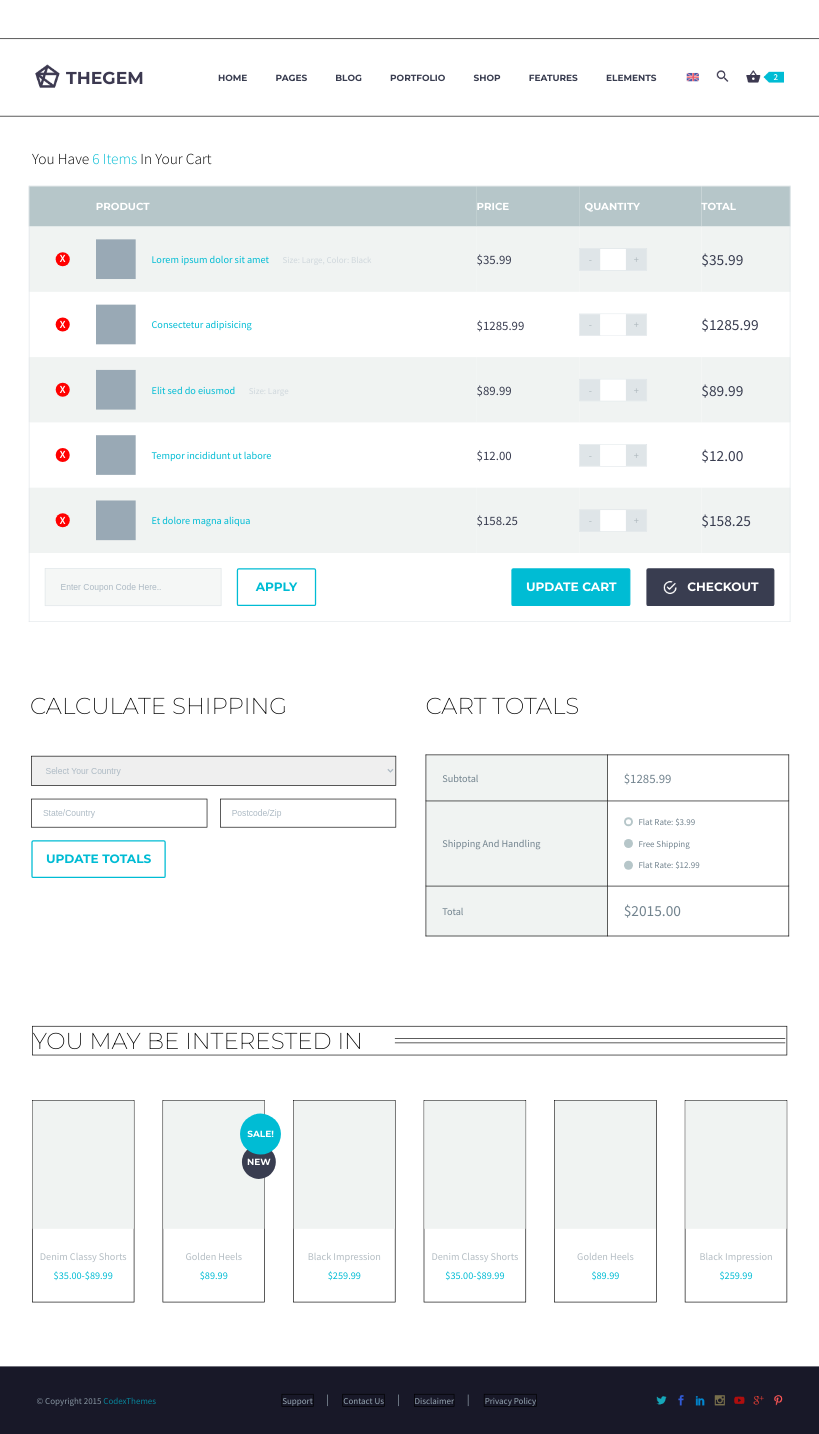
Repository: flylessbird/shop_cart
Page: html/page.html
An editor plug-in stored every save of this project. The page is shown before and after the next save, followed by the edit.
The browser window is 1280 px wide. The pictures show the whole page, at 64% of full size.
The style sheet was rebuilt from its Sass, Less or Tailwind sources for each picture, by a compiler version that may differ from the author's.

Above is the page before, as saved 2022-05-11 10:46:30.

After the next save:
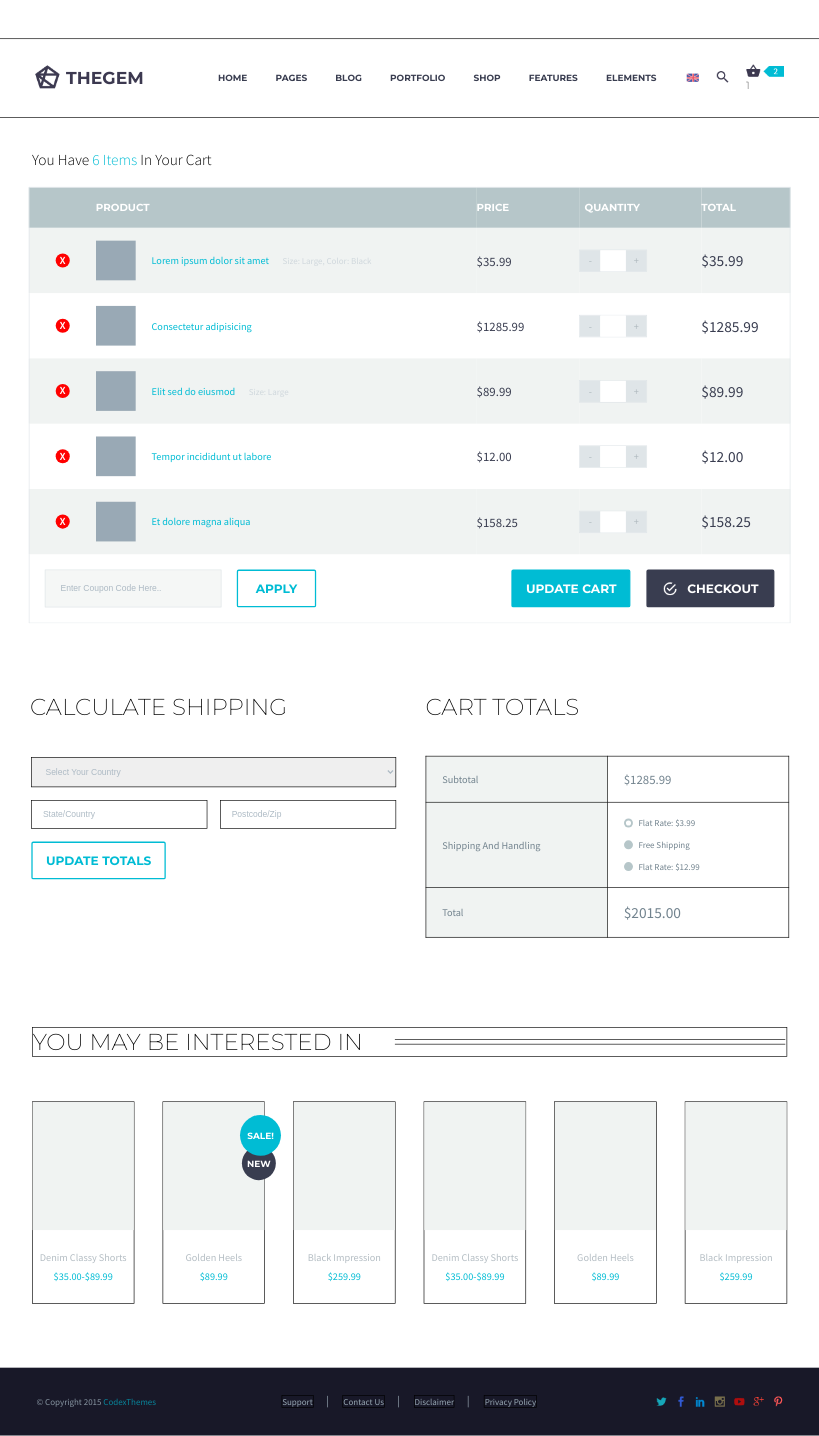
Saved 8 s later.
--- a/html/page.html
+++ b/html/page.html
@@ -43,7 +43,10 @@
           </li>
           <li>
             <a href="" class="side"><img src="/img/cart.png" alt="" /></a>
-
+            <div>
+              <span class="triangle"></span>
+              <span class="square">1</span>
+              </div>
           </li>
         </ul>
         <a href="javascript:void(0);" class="icon" onclick="myFunction()">
